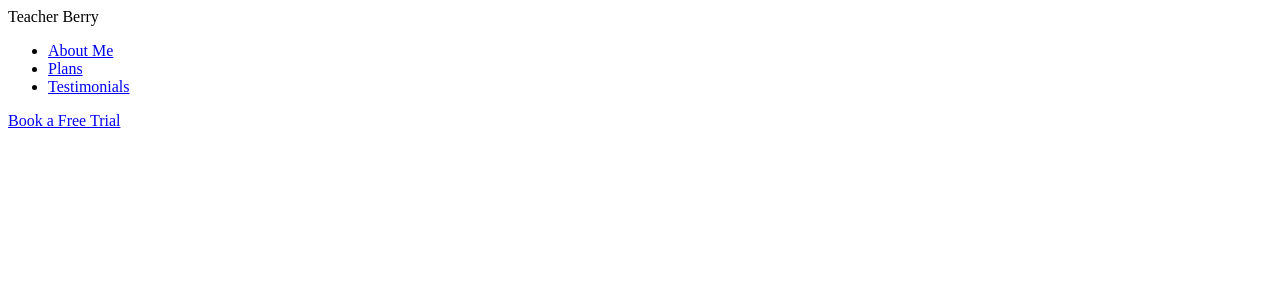
Repository: ntandomagana/esl-landing-page
Page: index.html
These files come from the project's save history. The page is drawn as it stood at one moment and after a run of saves; the edit follows.
The browser window is 1280 px wide. The pictures show the whole page.

Above is the page before, as saved 2024-07-16 22:43:15.

### index.html
<!DOCTYPE html>
<html lang="en">
<head>
    <meta charset="UTF-8">
    <meta name="viewport" content="width=device-width, initial-scale=1.0">
    <title>Berry's English</title>
    <link rel="stylesheet" href="index.css">
</head>
<body>
    <!-- Header Section -->
    <header>
        <div class="header-container">
            <div class="logo">Teacher Berry</div>
            <nav>
                <ul>
                    <li><a href="#about">About Me</a></li>
                    <li><a href="#services">Plans</a></li>
                    <li><a href="#testimonials">Testimonials</a></li>

                </ul>
            </nav>
            <div class="social-links">
                <a href="#" class="social-link"
            </div>
            <a href="#contact" class="cta-button">Book a Free Trial</a>
        </div>
    </header>
    </footer>
</body>
</html>

Loaded but not shown: index.css (no stored copy; drawn as an empty file)

After the next 3 saves:
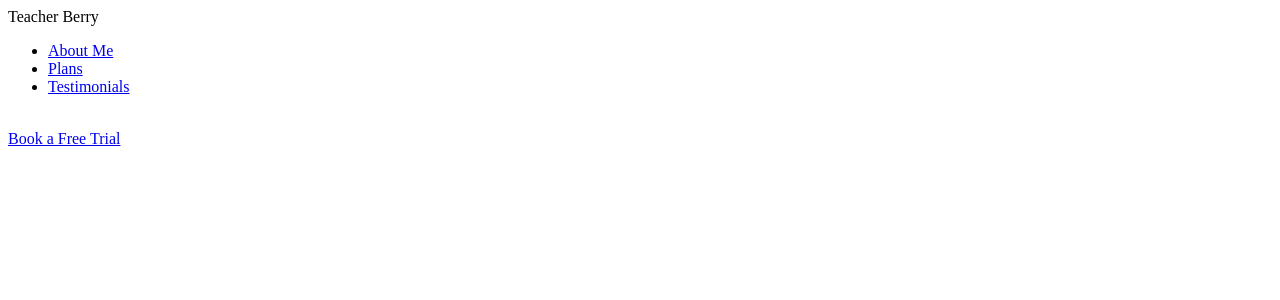
The 3 saves are shown as one change because they came seconds apart.
The last was saved 10 s later.
--- a/index.html
+++ b/index.html
@@ -20,7 +20,7 @@
                 </ul>
             </nav>
             <div class="social-links">
-                <a href="#" class="social-link"
+                <a href="#" class="social-link"><img src=""</a>
             </div>
             <a href="#contact" class="cta-button">Book a Free Trial</a>
         </div>
